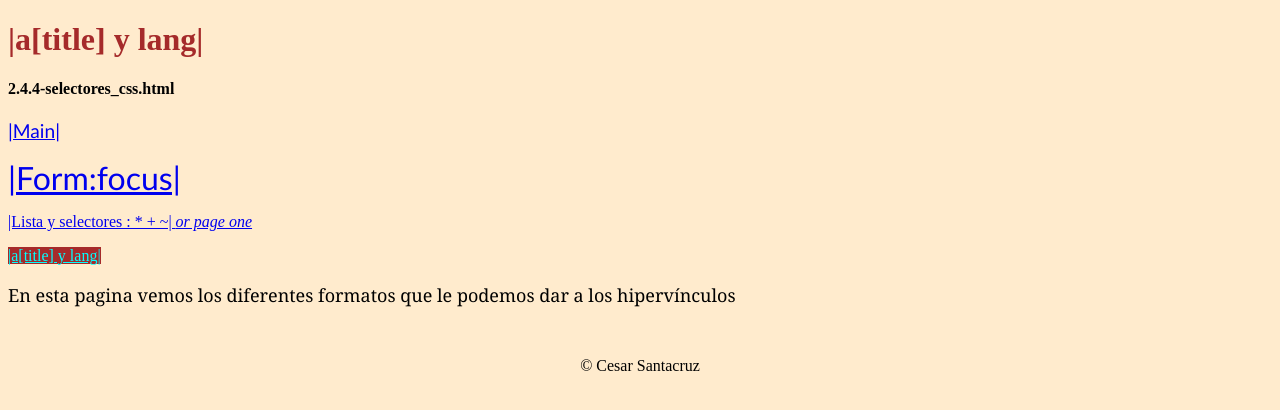
Repository: cesarsant0203/My_Study
Page: Introducción al desarrollo web/2-Css/2.4.4-selectores_css.html
These files come from the project's save history. The page is drawn as it stood at one moment and after a run of saves; the edit follows.
The browser window is 1280 px wide. The pictures show the whole page.

Above is the page before, as saved 2020-04-28 19:59:11.

After the next 2 saves:
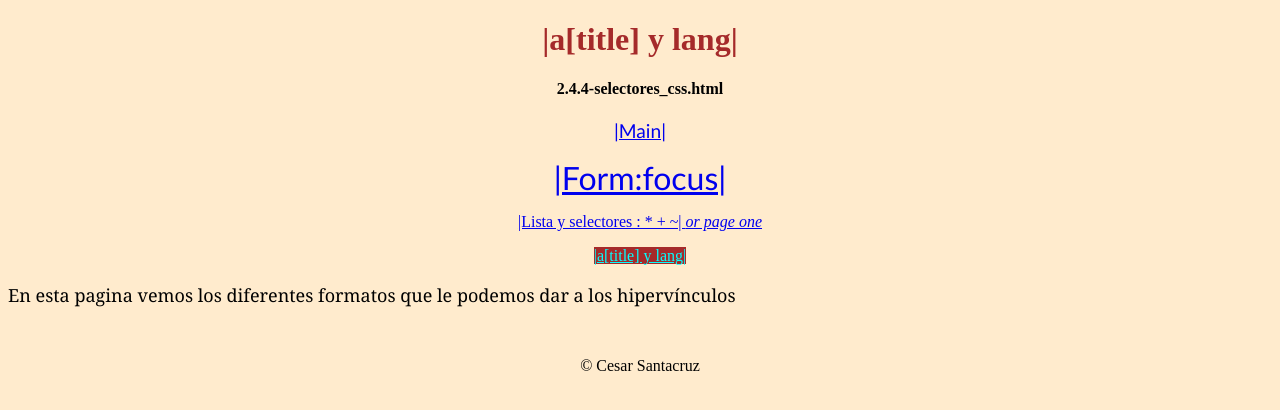
The 2 saves are shown as one change because they came seconds apart.
The last was saved 6 s later.
--- a/Introducción al desarrollo web/2-Css/2.4.4-selectores_css.css
+++ b/Introducción al desarrollo web/2-Css/2.4.4-selectores_css.css
@@ -5,7 +5,7 @@
 *{
     background-color: blanchedalmond;
 }
-h1#titulo, h4, {
+h1#titulo, h4, section#mySection {
     text-align: center;
 }
 h1 {
